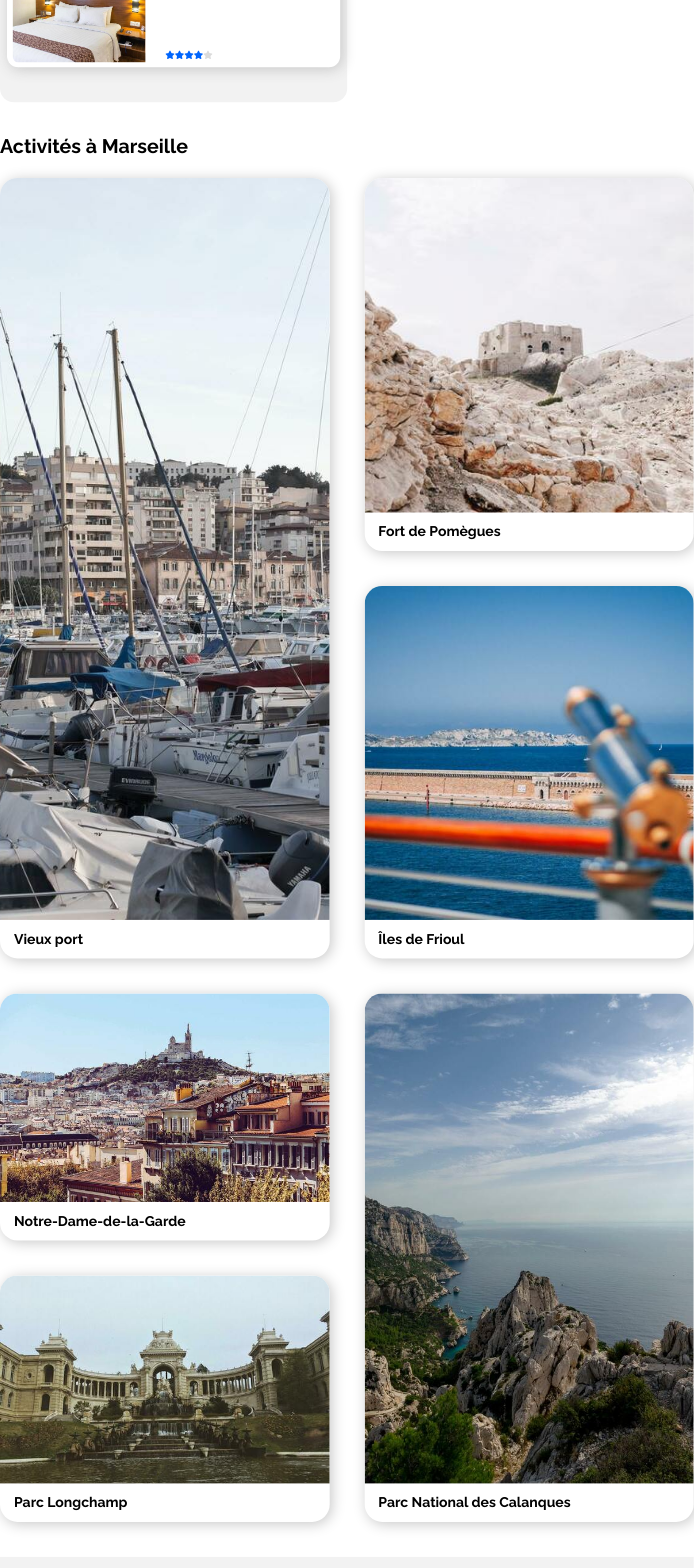
Repository: leandroBarbosaFR/booki
Page: index.html
The author's editor kept a copy of each file at every save. The page is drawn from the files as they stood at one save, then again after a run of saves.
The browser window is 991 px wide. The pictures show the part of the page from y = 2013 to 4253 px (the page is 4487 px tall before and 5109 px after), at 70% of full size.

Above is the page before, as saved 2022-07-22 15:52:11.

After the next 4 saves:
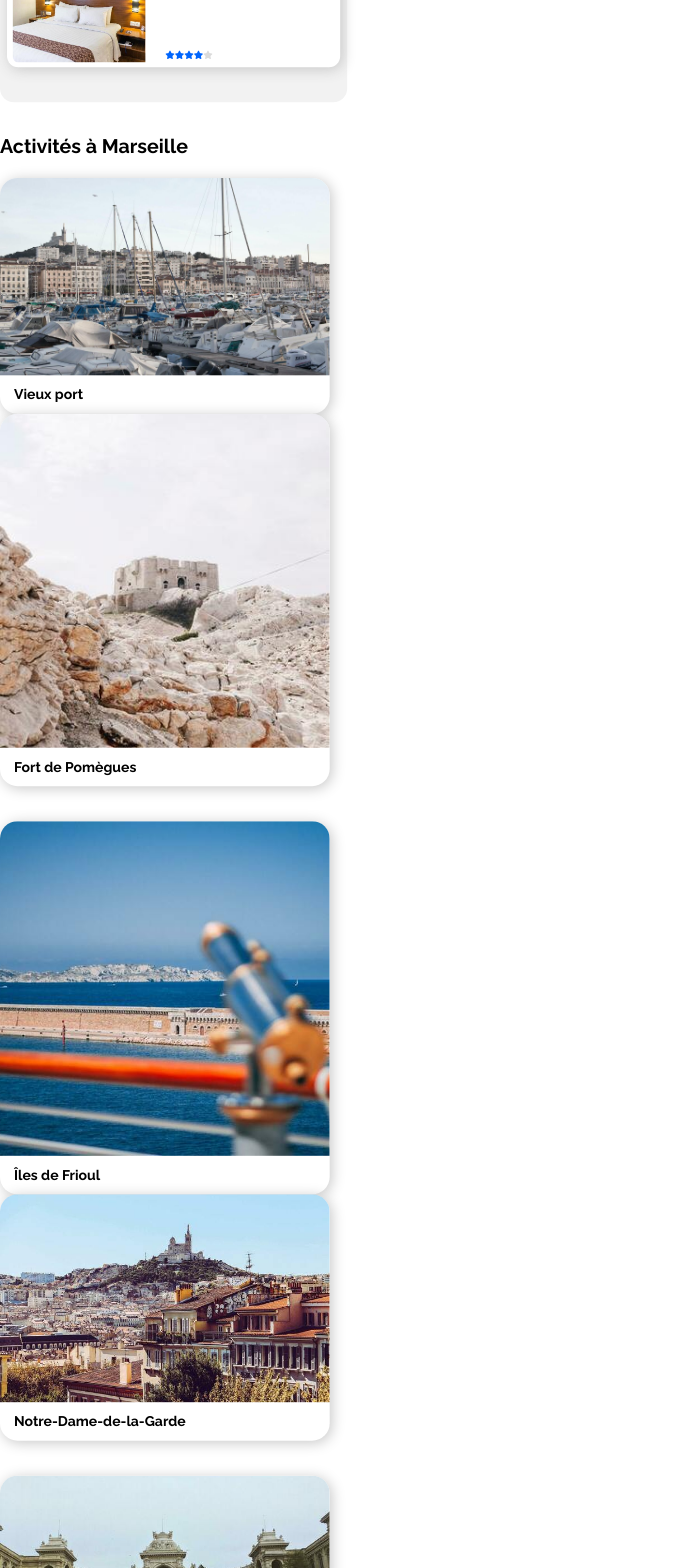
The 4 saves are shown as one change because they came seconds apart.
The last was saved 11 s later.
--- a/css/style.css
+++ b/css/style.css
@@ -561,7 +561,7 @@
   .activitesdeux {
       flex-wrap: wrap;
       height: initial;
-      gap:
+      gap: 50%;
   }
   .afficher {
       padding-bottom: 20px;
